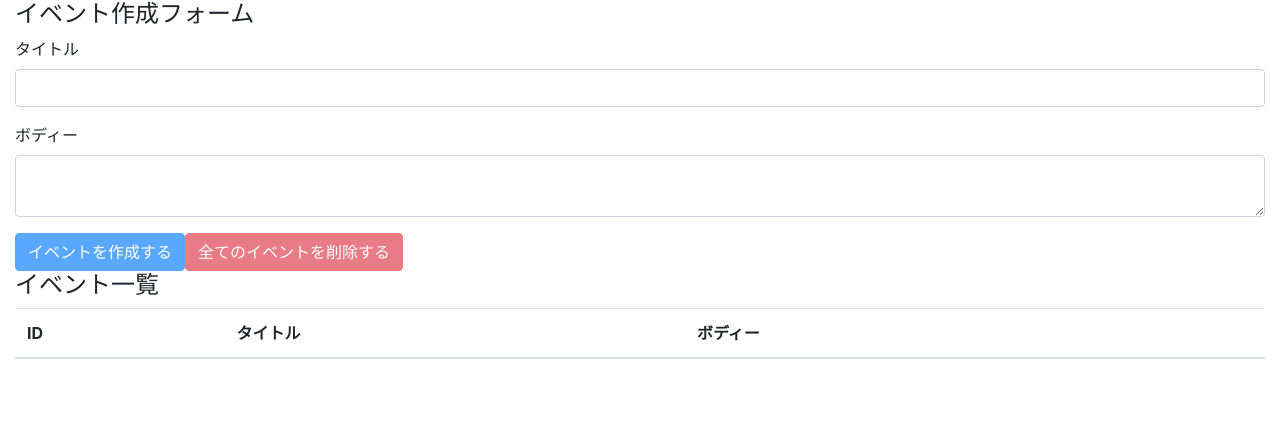
Repository: yujiuehara/my-app
Page: /
The author's editor kept a copy of each file at every save. The page is drawn from the files as they stood at one save, then again after a run of saves.
The browser window is 1280 px wide. The pictures show the whole page.
The project was rebuilt for these pictures with package versions that can differ from the ones it lists, and the page was loaded fresh each time. Also part of the build but not shown: src/components/Event.js.

Above is the page before, as saved 2020-05-04 18:06:28.

After the next 5 saves:
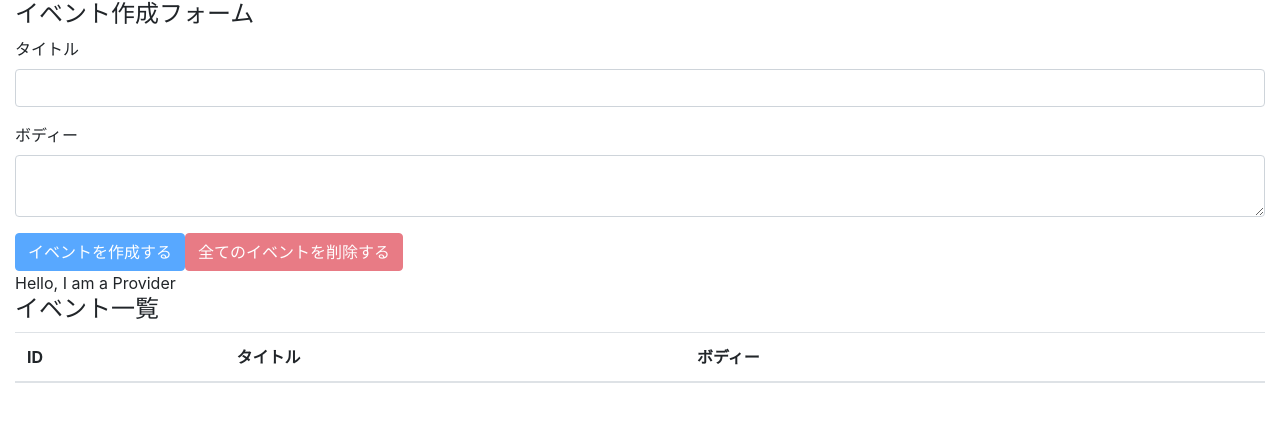
The 5 saves are shown as one change because 4 did not build or start.
The last was saved 2 min 43 s later.
--- a/src/components/Events.js
+++ b/src/components/Events.js
@@ -6,6 +6,9 @@
 const Events = ({state,dispatch}) => {
     return(
         <>
+        <AppContext.Consumer>
+            {value => { return <div>{value}</div>}}
+        </AppContext.Consumer>
         <h4>イベント一覧</h4>
         <table className="table table-hover">
             <thead>

After the 2 saves that followed:
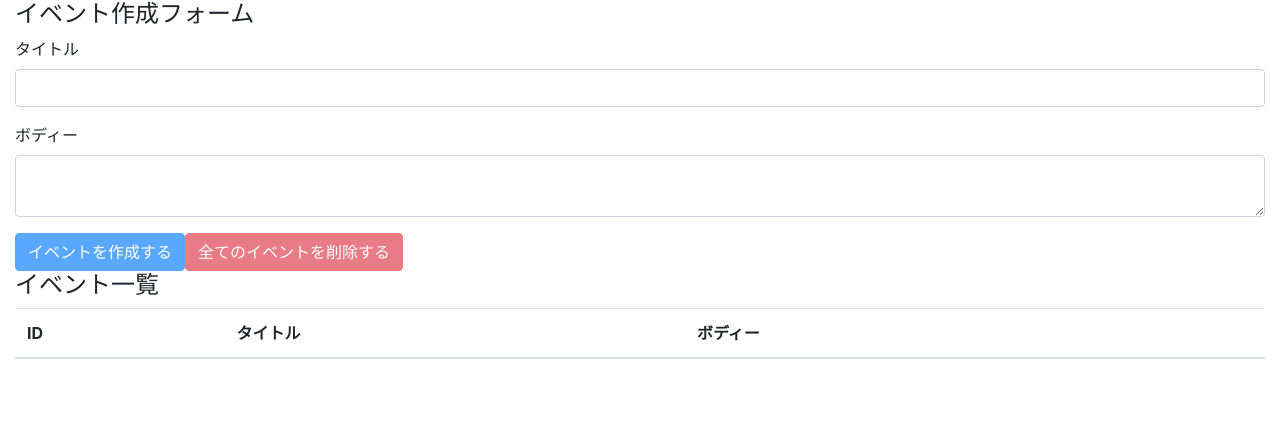
The 2 saves are shown as one change because 1 left the picture as it was.
The last was saved 2 min 48 s later.
--- a/src/components/Events.js
+++ b/src/components/Events.js
@@ -1,14 +1,12 @@
-import React from 'react'
+import React, {useContext} from 'react'
 
 import Event from './Event'
 import AppContext from '../contexts/AppContext'
 
 const Events = ({state,dispatch}) => {
+    const value = useContext(AppContext)
     return(
         <>
-        <AppContext.Consumer>
-            {value => { return <div>{value}</div>}}
-        </AppContext.Consumer>
         <h4>イベント一覧</h4>
         <table className="table table-hover">
             <thead>
